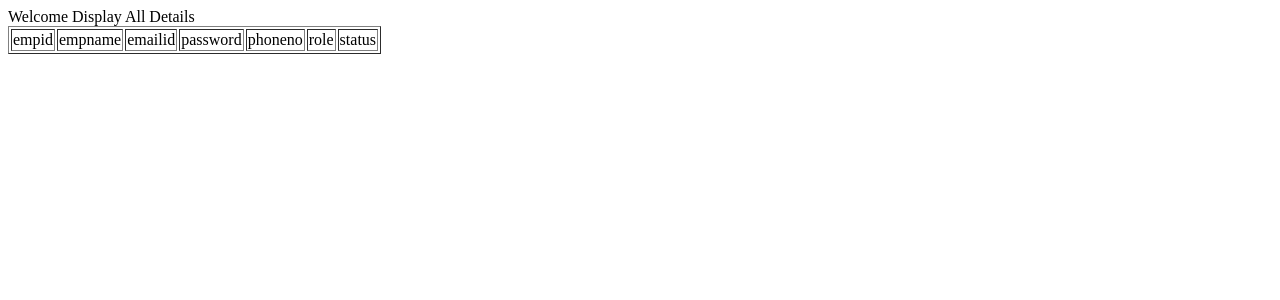
Repository: saurabh836/fullstackprojects
Page: http://localhost/EmployeeSkillProject/hr.jsp
These files come from the project's save history. The page is drawn as it stood at one moment and after the next save; the edit follows.
The browser window is 1280 px wide. The pictures show the whole page.
The page is served by Tomcat 9. Queries for data that is not in the repository find no rows.

Above is the page before, as saved 2018-07-29 14:05:52.

After the next save:
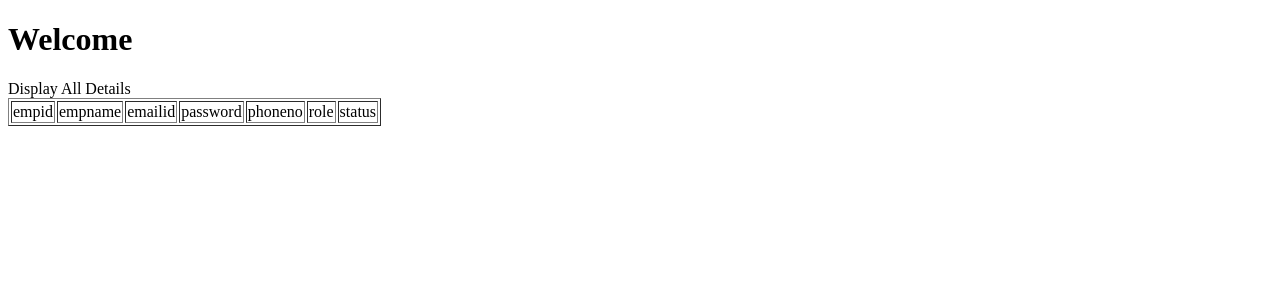
Saved 11 s later.
--- a/EmployeeSkillProject/WebContent/hr.jsp
+++ b/EmployeeSkillProject/WebContent/hr.jsp
@@ -13,7 +13,7 @@
 <body>
 
 
-Welcome
+<h1>Welcome </h1>
 Display All Details
 <sql:setDataSource var="snapshot" driver="com.mysql.jdbc.Driver" url="jdbc:mysql://localhost:3306/employee_records" user = "root"  password = "123456789"/>
 <sql:query dataSource = "${snapshot}" sql = "select * from empskillset" var = "result" />
